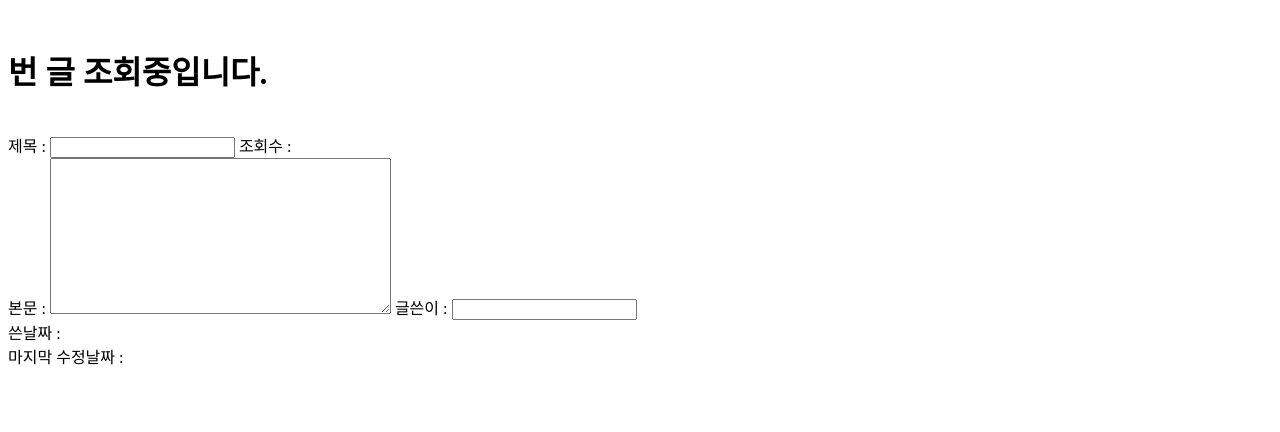
Repository: HeeMang28/jsp2
Page: http://localhost/MyFirstWeb/board/boardDetail.jsp
These files come from the project's save history. The page is drawn as it stood at one moment and after the next save; the edit follows.
The browser window is 1280 px wide. The pictures show the whole page.
The page is served by Tomcat 9. The template is opened directly, without the code that normally fills it, so the values that code supplies are empty.

Above is the page before, as saved 2022-04-20 09:22:18.

After the next save:
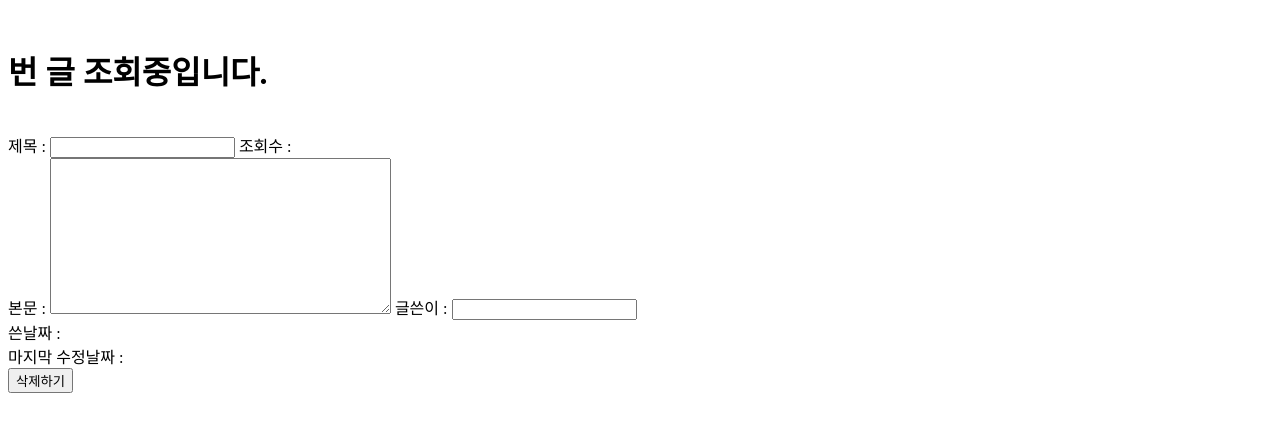
Saved 2 min 36 s later.
--- a/MyFirstWeb/src/main/webapp/board/boardDetail.jsp
+++ b/MyFirstWeb/src/main/webapp/board/boardDetail.jsp
@@ -14,5 +14,6 @@
 	글쓴이 : <input type="text" value="${board.writer }"><br/>
 	쓴날짜 : ${board.bDate } <br/>
 	마지막 수정날짜 : ${board.mDate }<br/>
+	<input type="submit" value="삭제하기"/>
 </body>
 </html>
